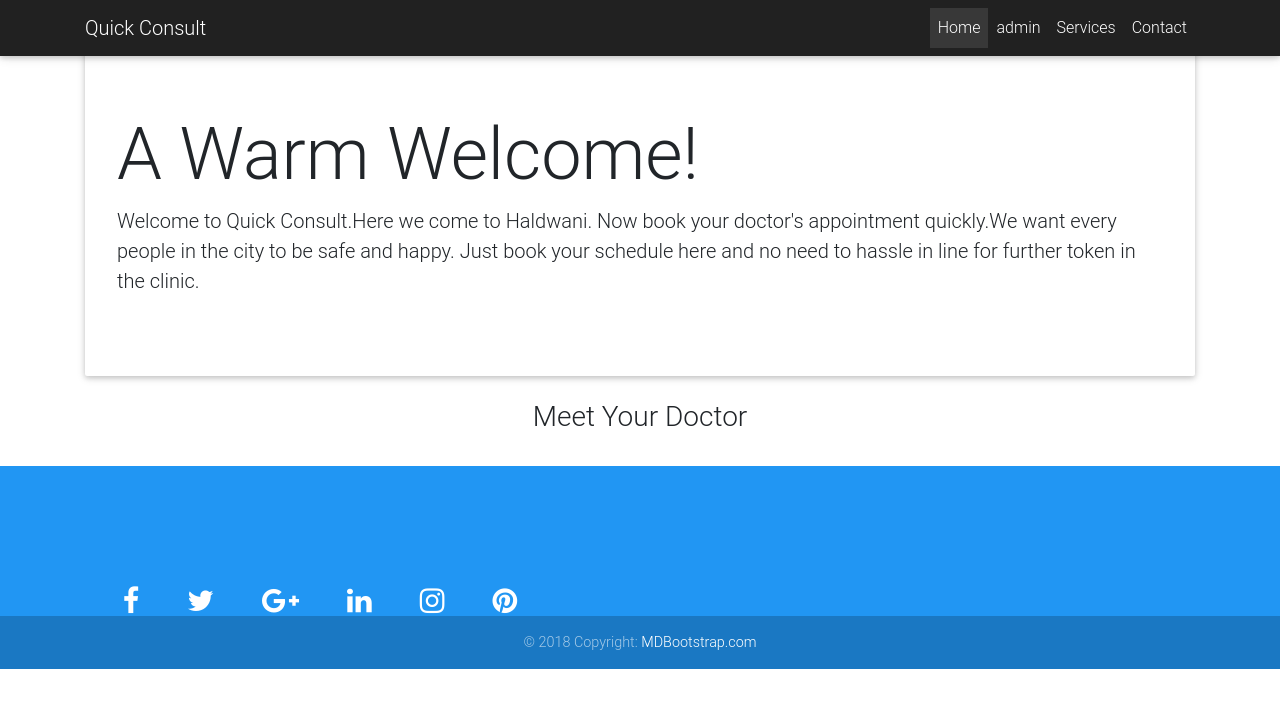
Repository: yogz-joshi/quick_consult
Page: http://localhost/
The author's editor kept a record of every edit. The page is drawn from the files as they stood at one moment, then again after the next edit.
The browser window is 1280 px wide. The pictures show the whole page.
Some web libraries are served in a nearby version. The page is served by the project's Node server (work/v2/app.js). Other server files are loaded and not shown. Queries for data that is not in the repository find no rows.

Above is the page before.

### work/v2/views/home.ejs
<% include partials/header%>
<div class="container">
    <header class="jumbotron my-4">
        <h1 class="display-3">A Warm Welcome!</h1>
        <p class="lead">Welcome to Quick Consult.Here we come to Haldwani. Now book your doctor's appointment quickly.We want every
        people in the city to be safe and happy. Just book your schedule here and no need to hassle in line for further token in the clinic.</p>
      <!--<div style="margin:0 0 auto" <a href="#" class="btn btn-primary btn-lg">Know more</a></div>-->
    </header>

    <div class="container">
    <div class="row text-center">
        <div class="col-lg-12">
           <h3>Meet Your Doctor</h3>
       </div>

     <%clinic.forEach(function(clinics){%>

        <div class="col-md-4 col-sm-6 mb-4">
              <div class="card" >
                <img class="card-img-top" style="height:10rem" src="https://www.onlinelogomaker.com/blog/wp-content/uploads/2017/07/medical-logo.jpg" alt="">
                    <div class="card-body">
                      <h4 class="card-title"><%=clinics.name%></h4>
                      <p class="card-text"><%=clinics.speciality%></p>
                      <p class="card-text">Opening/Closing Time</p>
                      <p class="card-text"><%=clinics.otime%>AM-<%=clinics.ctime%>PM</p>
                    </div>
                        <div class="card-footer">
                          <a class="btn btn-primary" href="/clinic/<%=clinics._id%>/new">Book Appointment</a>
                        </div>
                </div>
        </div>
        <% })%>
    </div>

</div>
</div>
<% include partials/footer%>

### work/v2/views/partials/header.ejs
<!DOCTYPE>
<html>
    <head>
        <title>
            Quick Consult
        </title>
               <link href="https://maxcdn.bootstrapcdn.com/bootstrap/4.0.0/css/bootstrap.min.css" rel="stylesheet">
                <!-- Font Awesome -->
                <link rel="stylesheet" href="https://maxcdn.bootstrapcdn.com/font-awesome/4.7.0/css/font-awesome.min.css">
                  <!-- Bootstrap core CSS -->
                <link href="https://cdnjs.cloudflare.com/ajax/libs/twitter-bootstrap/4.0.0/css/bootstrap.min.css" rel="stylesheet">
                <!-- Material Design Bootstrap -->
                <link href="https://cdnjs.cloudflare.com/ajax/libs/mdbootstrap/4.5.0/css/mdb.min.css" rel="stylesheet">
                <meta name="viewport" content="width=device-width, initial-scale=1, maximum-scale=1, user-scalable=no">
                <meta http-equiv="x-ua-compatible" content="ie=edge">

    </head>
    <body>


     Navigation
    <nav class="navbar  navbar-expand-sm navbar-dark bg-dark fixed-top">
      <div class="container">
        <a class="navbar-brand" href="/">Quick Consult</a>
        <button class="navbar-toggler" type="button" data-toggle="collapse" data-target="#navbarResponsive" aria-controls="navbarResponsive" aria-expanded="false" aria-label="Toggle navigation">
          <span class="navbar-toggler-icon"></span>
        </button>
        <div class="collapse navbar-collapse" id="navbarResponsive">
          <ul class="navbar-nav ml-auto">
            <li class="nav-item active">
              <a [routerLink]="['/']" class="nav-link" href="/">Home
                <span class="sr-only">(current)</span>
              </a>
            </li>
            <li class="nav-item">
              <a [routerLink]="['/clinic']" class="nav-link" href="/clinic">admin</a>
            </li>
            <li class="nav-item">
              <a [routerLink]="['#']" class="nav-link" href="#">Services</a>
            </li>
            <li class="nav-item">
              <a [routerLink]="['#']"class="nav-link" href="#">Contact</a>
            </li>
          </ul>
        </div>
      </div>
    </nav>

### work/v2/views/partials/footer.ejs

<footer class="page-footer font-small blue pt-4 mt-4">

    <!--Footer Links-->
    <div class="container-fluid text-center text-md-left">
        <div class="row">

            <!--First column-->
            <div class="col-md-6">
            <!--    <h5 class="text-uppercase">Footer Content</h5>-->
            <!--    <p>Here you can use rows and columns here to organize your footer content.</p>-->
            <!--</div>-->
            <!--/.First column-->

            <!--Second column-->
            <!--<div class="col-md-6">-->
            <!--    <h5 class="text-uppercase">Links</h5>-->
            <!--    <ul class="list-unstyled">-->
            <!--        <li>-->
            <!--            <a href="#!">Link 1</a>-->
            <!--        </li>-->
            <!--        <li>-->
            <!--            <a href="#!">Link 2</a>-->
            <!--        </li>-->
            <!--        <li>-->
            <!--            <a href="#!">Link 3</a>-->
            <!--        </li>-->
            <!--        <li>-->
            <!--            <a href="#!">Link 4</a>-->
            <!--        </li>-->
            <!--    </ul>-->
             <div class="col-md-12 py-5">

                <div class="mb-2 flex-center">

                    <!--Facebook-->
                    <a class="fb-ic">
                        <i class="fa fa-facebook fa-lg white-text mr-md-5 mr-3 fa-2x"> </i>
                    </a>
                    <!--Twitter-->
                    <a class="tw-ic">
                        <i class="fa fa-twitter fa-lg white-text mr-md-5 mr-3 fa-2x"> </i>
                    </a>
                    <!--Google +-->
                    <a class="gplus-ic">
                        <i class="fa fa-google-plus fa-lg white-text mr-md-5 mr-3 fa-2x"> </i>
                    </a>
                    <!--Linkedin-->
                    <a class="li-ic">
                        <i class="fa fa-linkedin fa-lg white-text mr-md-5 mr-3 fa-2x"> </i>
                    </a>
                    <!--Instagram-->
                    <a class="ins-ic">
                        <i class="fa fa-instagram fa-lg white-text mr-md-5 mr-3 fa-2x"> </i>
                    </a>
                    <!--Pinterest-->
                    <a class="pin-ic">
                        <i class="fa fa-pinterest fa-lg white-text fa-2x"> </i>
                    </a>
                </div>
            </div>
            <!--/First column-->

            </div>
            <!--/.Second column-->
        </div>
    </div>
    <!--/.Footer Links-->

    <!--Copyright-->
    <div class="footer-copyright py-3 text-center">
        © 2018 Copyright:
        <a href="https://mdbootstrap.com/material-design-for-bootstrap/"> MDBootstrap.com </a>
    </div>
    <!--/.Copyright-->

</footer>
<!--/.Footer-->

### work/v2/app.js
var express=require("express");
var app= express();
var mongoose=require("mongoose");
var methodOverride=require("method-override");
var bodyParser=require("body-parser");
var passport=require("passport");
var users=require("./models/usersM");
var clinic=require("./models/clinicM");
var admin=require("./models/adminM");
var localStrategy=require("passport-local");
var passpoprtLocalMongoose=require("passport-local-mongoose");
mongoose.connect("mongodb://localhost/all_clinics");

//var seedDB=require("./seed");
//seedDB();
app.use(require("express-session")({
    secret:"kitty is the best dog",
    resave:false,
    saveUninitialized:false
}));


app.use(bodyParser.urlencoded({extended:true}));
app.use(methodOverride("_method"));
app.use(passport.initialize());
app.use(passport.session());

passport.use(new localStrategy(admin.authenticate()));
passport.serializeUser(admin.serializeUser());
passport.deserializeUser(admin.deserializeUser());



app.set("view engine","ejs");
app.use(express.static("public"));//to use custom style sheets from public folder.
app.use(bodyParser.urlencoded({entended:true}));

// *************************************************************************************************************8
//adding clinics using form(Only Render for admin login)
app.get("/clinic",isLoggedIn,function(req,res){
    clinic.find({},function(err,allClinic){
        if(err){
            console.log(err);
        }
        else
        {
            res.render("clinic",{clinic:allClinic});
        }

    });
});

app.post("/clinic",function(req,res){
    var name= req.body.cname;
    var sp=req.body.special;
    var open=req.body.openAt;
    var close=req.body.closeAt;
     var lhrs=req.body.lunchHrs;
      var lstarts=req.body.lunchAt;
       var lovers=req.body.lunchOverAt;
       var closed=0;
    var newClinic={name:name,speciality:sp,otime:open,ctime:close,lunch_hrs:lhrs,lunch_at:lstarts,lunch_over:lovers,date_close:closed};
    clinic.create(newClinic,function(err,clinics)
    {
        if(err){
            console.log(err);

        }else
        {   req.flash("info", "Flash is back!");
            res.redirect("/clinic/new");
        }
    });
});
app.get("/clinic/new",isLoggedIn,function(req, res) {
    res.render("form1");

});
// **********************************************************************************************
// Home Page viewed to the User

app.get("/",function(req,res){
    clinic.find({},function(err,allClinic){
        if(err){
            console.log(err);
        }
        else
        {
            res.render("home",{clinic:allClinic});
        }

    });
});
// ******************************************************************************************
// deleting clinic
app.delete("/clinic/:id",function(req,res){
    clinic.findByIdAndRemove(req.params.id,function(err){
        if(err)
        {
            console.log(err);

        }else
        {
            res.redirect("/clinic");
        }
    });
});



//  ******************************************************************************************************
//  making appointmnet


 app.post("/clinic/:id",function(req,res){
     clinic.findById(req.params.id,function(err,allclinics){
         if(err){
             res.redirect("clinic");
         }else{
             console.log(req.body.users.date);
             console.log(allclinics.date_close);
             var a=Date.parse(req.body.users.date);
             var b=Date.parse(allclinics.date_close);
             if(a === b){
                //  req.flash("err","The Clinic is Closed today.Plaese book tommorow!!");
                  res.redirect("/clinic/"+req.params.id+"/new");

             }else{

                    users.create(req.body.users,function(err,allusers){
                    if(err){
                     console.log("err");
                    }else{
                     allclinics.users.push(allusers);
                     allclinics.save();
                    //req.flash("success","Appointment Sucessful.SMS is sent toyour mobile number");
                     res.redirect("/");
                 }

             });

             }
         }
     });
 });

 app.get("/clinic/:id/new",function(req,res){
    clinic.findById(req.params.id,function (err,allClinic) {
        if(err){
            console.log(err);
        }else{
            res.render("form2",{clinics:allClinic});
        }

    });


});
// ************************************ ************************************* *************************************
app.post("/clinic/:id/record",function(req,res){
    clinic.findById(req.params.id).populate({path:'users',match :{$and: [{date : req.body.search},{time : req.body.timesearch}]}, options:{ sort:{time :1}} }).exec(function(err,allclinic){
        if(err){
            console.log(err);
        }else{
           // console.log(allclinic);
            res.render("user_record",{clinic:allclinic});
        }
    });
});
// ****************************************************************************************************************
//View user record and update clinic close date..(Only for Admin Account)


app.get("/clinic/:id/record",function(req,res){
    clinic.findById(req.params.id).populate({path:'users',options:{ sort:{date : 1}}}).exec(function(err,allclinic){
        if(err){
            console.log(err);
        }else{
           // console.log(allclinic);
            res.render("user_record",{clinic:allclinic});
        }
    });
});
app.get("/clinic/:id/update",isLoggedIn,function(req,res){
     clinic.findById(req.params.id,function (err,allClinic) {
        if(err){
            console.log(err);
        }else{
            res.render("UpdateDate",{clinics:allClinic});
        }

    });
});
// to update the closed clinic date
app.put("/clinic/:id/update",function(req,res){


    clinic.findByIdAndUpdate(req.params.id,req.body.clinic,function(err,allclinic){
        if(err){
            console.log(err);
        }else{
            res.redirect("/clinic");
        }
    });
});
// ********************************************************************************************
// REGISTER ADMIN ROUTE
// app.get("/register",function(req,res){
//     res.render("signin");
// });

// app.post("/register",function(req,res){
//     admin.register(new admin({username:req.body.username}),req.body.password,function(err,admin){
//         if(err){
//             console.log(err);
//             return res.render('signin');
//         }
//         else{
//             passport.authenticate("local")(req,res,function(){
//                 res.redirect("/clinic");
//             });
//         }
//     });
// });
// ************************************************************************************************
// LOGIN ROUTES
app.get("/login",function(req,res){
    res.render("login");
});
//middleware
app.post("/login",passport.authenticate("local",{
    successRedirect:"/clinic",
    failureRedirect:"/login"
}),function(req,res){

});
// LOGOUT ROUTE
app.get("/logout",function(req,res){
    req.logout();
    res.redirect("/login");
});
// Middleware for checking the active session/authentication
function isLoggedIn(req,res,next){
    if(req.isAuthenticated()){
        return next();
    }
    res.redirect("/login");
}
// **************************************************************************************************

// Running the Server
app.listen(process.env.PORT,process.env.IP,function(){
    console.log("Server Started");
});

After the next edit:
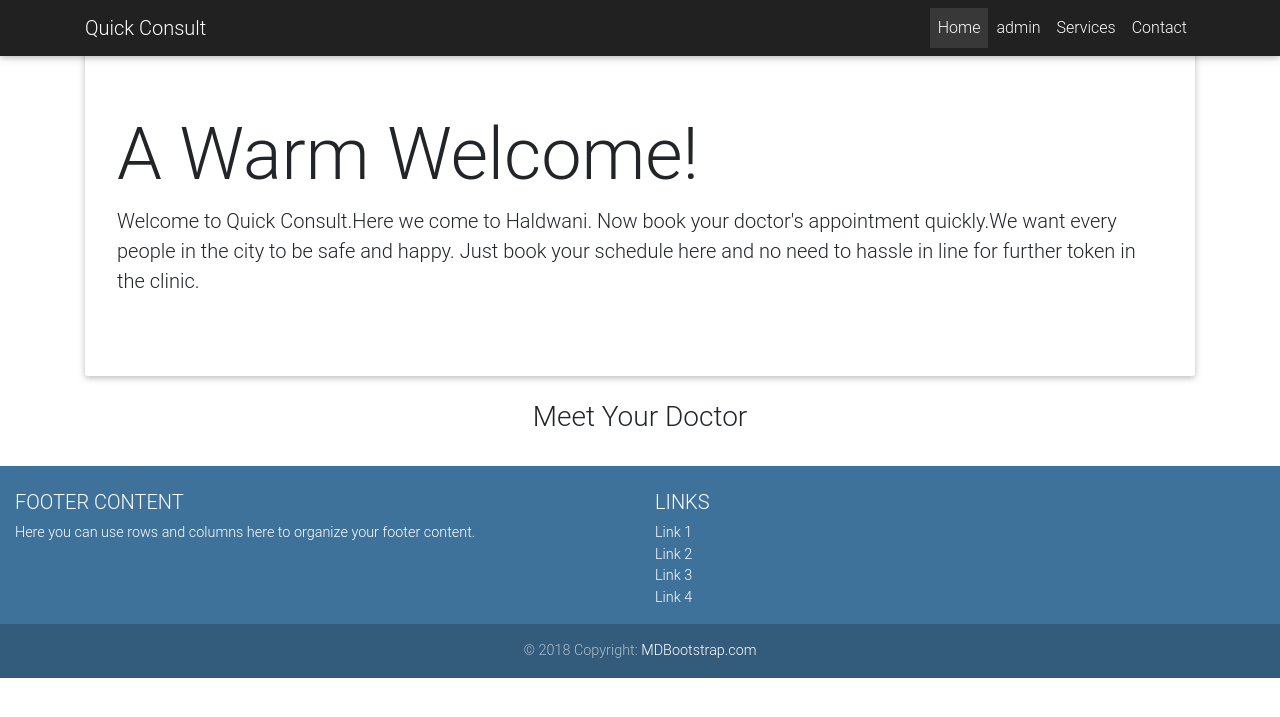
The edit:
--- a/work/v2/views/partials/footer.ejs
+++ b/work/v2/views/partials/footer.ejs
@@ -1,5 +1,6 @@
 
-<footer class="page-footer font-small blue pt-4 mt-4">
+<!--Footer-->
+<footer class="page-footer font-small unique-color pt-4 mt-4">
 
     <!--Footer Links-->
     <div class="container-fluid text-center text-md-left">
@@ -7,60 +8,28 @@
 
             <!--First column-->
             <div class="col-md-6">
-            <!--    <h5 class="text-uppercase">Footer Content</h5>-->
-            <!--    <p>Here you can use rows and columns here to organize your footer content.</p>-->
-            <!--</div>-->
+                <h5 class="text-uppercase">Footer Content</h5>
+                <p>Here you can use rows and columns here to organize your footer content.</p>
+            </div>
             <!--/.First column-->
 
             <!--Second column-->
-            <!--<div class="col-md-6">-->
-            <!--    <h5 class="text-uppercase">Links</h5>-->
-            <!--    <ul class="list-unstyled">-->
-            <!--        <li>-->
-            <!--            <a href="#!">Link 1</a>-->
-            <!--        </li>-->
-            <!--        <li>-->
-            <!--            <a href="#!">Link 2</a>-->
-            <!--        </li>-->
-            <!--        <li>-->
-            <!--            <a href="#!">Link 3</a>-->
-            <!--        </li>-->
-            <!--        <li>-->
-            <!--            <a href="#!">Link 4</a>-->
-            <!--        </li>-->
-            <!--    </ul>-->
-             <div class="col-md-12 py-5">
-
-                <div class="mb-2 flex-center">
-
-                    <!--Facebook-->
-                    <a class="fb-ic">
-                        <i class="fa fa-facebook fa-lg white-text mr-md-5 mr-3 fa-2x"> </i>
-                    </a>
-                    <!--Twitter-->
-                    <a class="tw-ic">
-                        <i class="fa fa-twitter fa-lg white-text mr-md-5 mr-3 fa-2x"> </i>
-                    </a>
-                    <!--Google +-->
-                    <a class="gplus-ic">
-                        <i class="fa fa-google-plus fa-lg white-text mr-md-5 mr-3 fa-2x"> </i>
-                    </a>
-                    <!--Linkedin-->
-                    <a class="li-ic">
-                        <i class="fa fa-linkedin fa-lg white-text mr-md-5 mr-3 fa-2x"> </i>
-                    </a>
-                    <!--Instagram-->
-                    <a class="ins-ic">
-                        <i class="fa fa-instagram fa-lg white-text mr-md-5 mr-3 fa-2x"> </i>
-                    </a>
-                    <!--Pinterest-->
-                    <a class="pin-ic">
-                        <i class="fa fa-pinterest fa-lg white-text fa-2x"> </i>
-                    </a>
-                </div>
-            </div>
-            <!--/First column-->
-
+            <div class="col-md-6">
+                <h5 class="text-uppercase">Links</h5>
+                <ul class="list-unstyled">
+                    <li>
+                        <a href="#!">Link 1</a>
+                    </li>
+                    <li>
+                        <a href="#!">Link 2</a>
+                    </li>
+                    <li>
+                        <a href="#!">Link 3</a>
+                    </li>
+                    <li>
+                        <a href="#!">Link 4</a>
+                    </li>
+                </ul>
             </div>
             <!--/.Second column-->
         </div>
